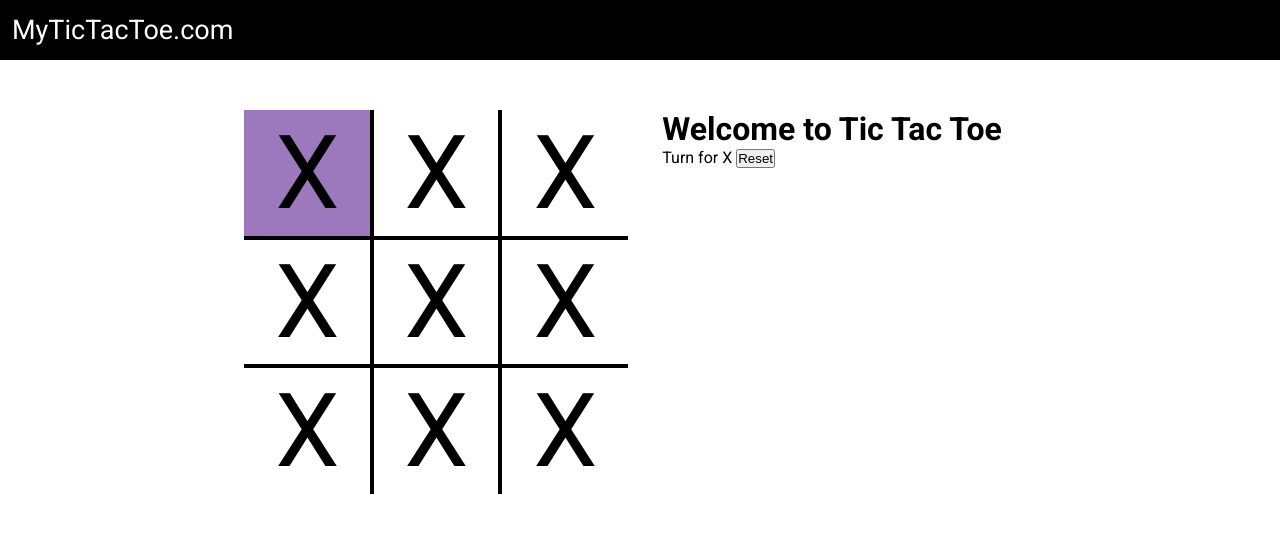
Repository: AshwinUgale/TicTacToe
Page: index.html
The author's editor kept a copy of each file at every save. The page is drawn from the files as they stood at one save, then again after the next save.
The browser window is 1280 px wide. The pictures show the whole page.
The pointer rests on the first visible `.box`.

Above is the page before, as saved 2024-12-19 10:12:27.

### index.html
<!DOCTYPE html>
<html lang="en">
<head>
  <meta charset="UTF-8">
  <meta name="viewport" content="width=device-width, initial-scale=1.0">
  <title>Tic Tac Toe</title>
  <link rel="stylesheet" href="style.css">
</head>
<body>
    <nav>
      <ul>
        <li>MyTicTacToe.com</li>
      </ul>
    </nav>
    <div class="gameContainer">
      <div class="container">
        <div class="box bt-0 bl-0 "><span class="boxtext">X</span></div>
        <div class="box bt-0"><span class="boxtext">X</span></div>
        <div class="box bt-0 br-0"><span class="boxtext">X</span></div>
        <div class="box bl-0"><span class="boxtext">X</span></div>
        <div class="box"><span class="boxtext">X</span></div>
        <div class="box br-0"><span class="boxtext">X</span></div>
        <div class="box bl-0 bb-0"><span class="boxtext">X</span></div>
        <div class="box bb-0"><span class="boxtext">X</span></div>
        <div class="box bb-0 br-0"><span class="boxtext">X</span></div>
      </div>
      <div class="gameInfo">
        <h1>Welcome to Tic Tac Toe</h1>
        <div>
          <span class="info">Turn for X</span>
          <button id="reset">Reset</button>
        </div>
        <div class="imgbox">
          <img src="excited.gif" alt="" srcset="">
        </div>
      </div>
    </div>
    <script src="script.js"></script>
</body>
</html>
<link rel="stylesheet"

### style.css
@import url('https://fonts.googleapis.com/css2?family=Roboto:ital,wght@0,100;0,300;0,400;0,500;0,700;0,900;1,100;1,300;1,400;1,500;1,700;1,900&display=swap');

*{
    margin: 0;
    padding: 0;
}

nav {
    background-color: black;
    color: white;
    height: 60px;
    font-size: 27px;
    display: flex;
    align-items: center;
    padding: 0 12px;
    font-family: "Roboto", serif;
}

nav ul{
    list-style-type: none;
}

.gameContainer{
    display: flex;
    justify-content: center;
    margin-top: 50px;
}

.container{
    display: grid;
    grid-template-rows: repeat(3,10vw);
    grid-template-columns: repeat(3,10vw);
    font-family:"Roboto", serif;
}

.box{
    border: 2px solid black;
    font-size: 8vw;
    cursor: pointer;
    display: flex;
    justify-content: center;
    align-items: center;
}

.box:hover{
    background-color: rgb(156, 121, 189);
}

.gameInfo{
    padding: 0 34px;
    font-family:"Roboto", serif;
}

.imgbox img{
    display: none;
}

.br-0{
    border-right: 0;
}

.bl-0{
    border-left: 0;
}

.bt-0{
    border-top: 0;
}

.bb-0{
    border-bottom: 0;
}

Loaded but not shown: script.js (no stored copy; drawn as an empty file)

After the next save:
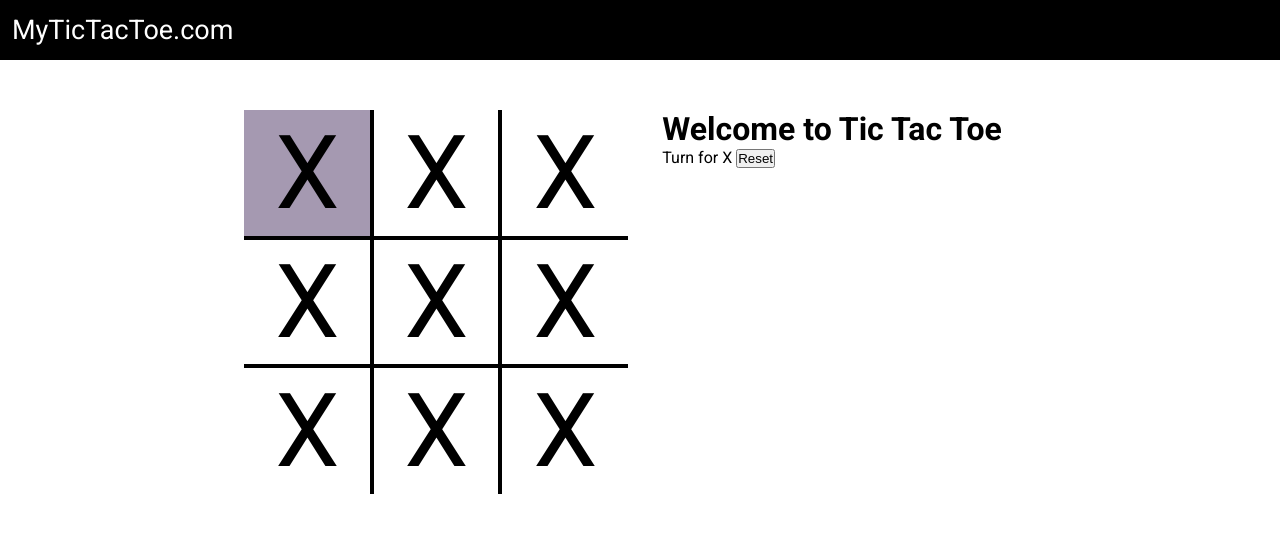
Saved 2 min 49 s later.
--- a/style.css
+++ b/style.css
@@ -43,7 +43,7 @@ nav ul{
 }
 
 .box:hover{
-    background-color: rgb(156, 121, 189);
+    background-color: rgb(165, 153, 177);
 }
 
 .gameInfo{
